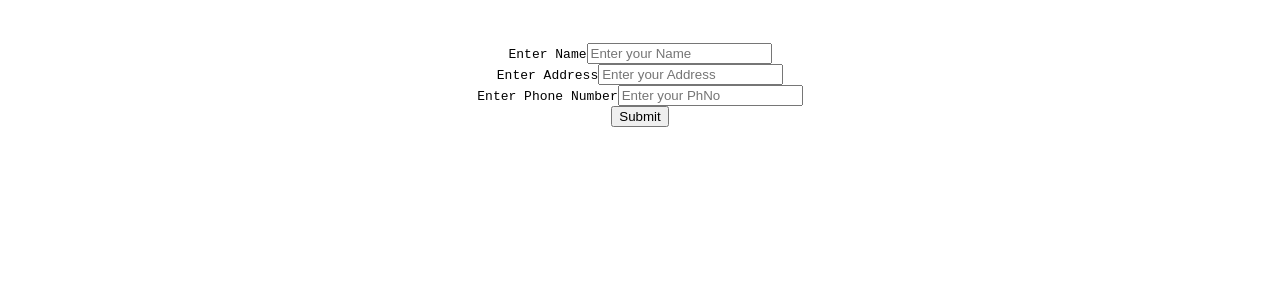
Repository: NarenD12/ProgramsFromTraining
Page: BankApp/WebContent/NewAccount.html
The author's editor kept a copy of each file at every save. The page is drawn from the files as they stood at one save, then again after a run of saves.
The browser window is 1280 px wide. The pictures show the whole page.

Above is the page before, as saved 2023-09-22 05:54:59.

After the next 2 saves:
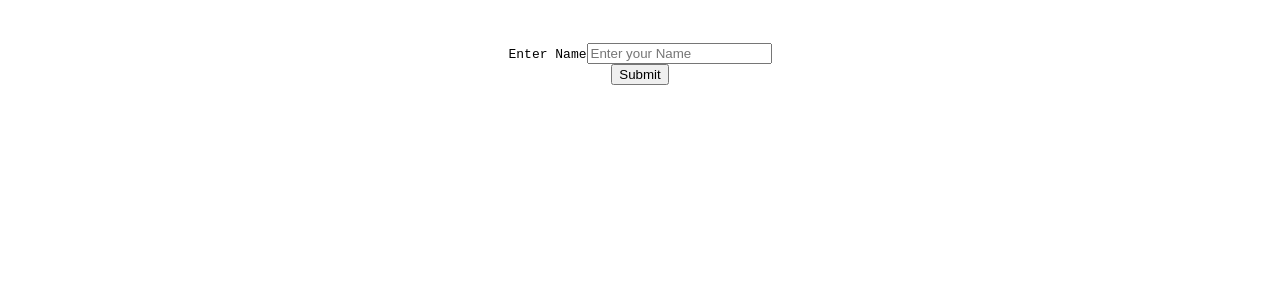
The 2 saves are shown as one change because they came seconds apart.
The last was saved 37 s later.
--- a/BankApp/WebContent/NewAccount.html
+++ b/BankApp/WebContent/NewAccount.html
@@ -9,8 +9,6 @@
 <center>
 <form action="CreateAccount" method="post">
 Enter Name<input type="text" name="name" placeholder="Enter your Name">
-Enter Address<input type="text" name="address" placeholder="Enter your Address">
-Enter Phone Number<input type="text" name="phno" placeholder="Enter your PhNo">
 <input type="submit">
 </form>
 </center>
